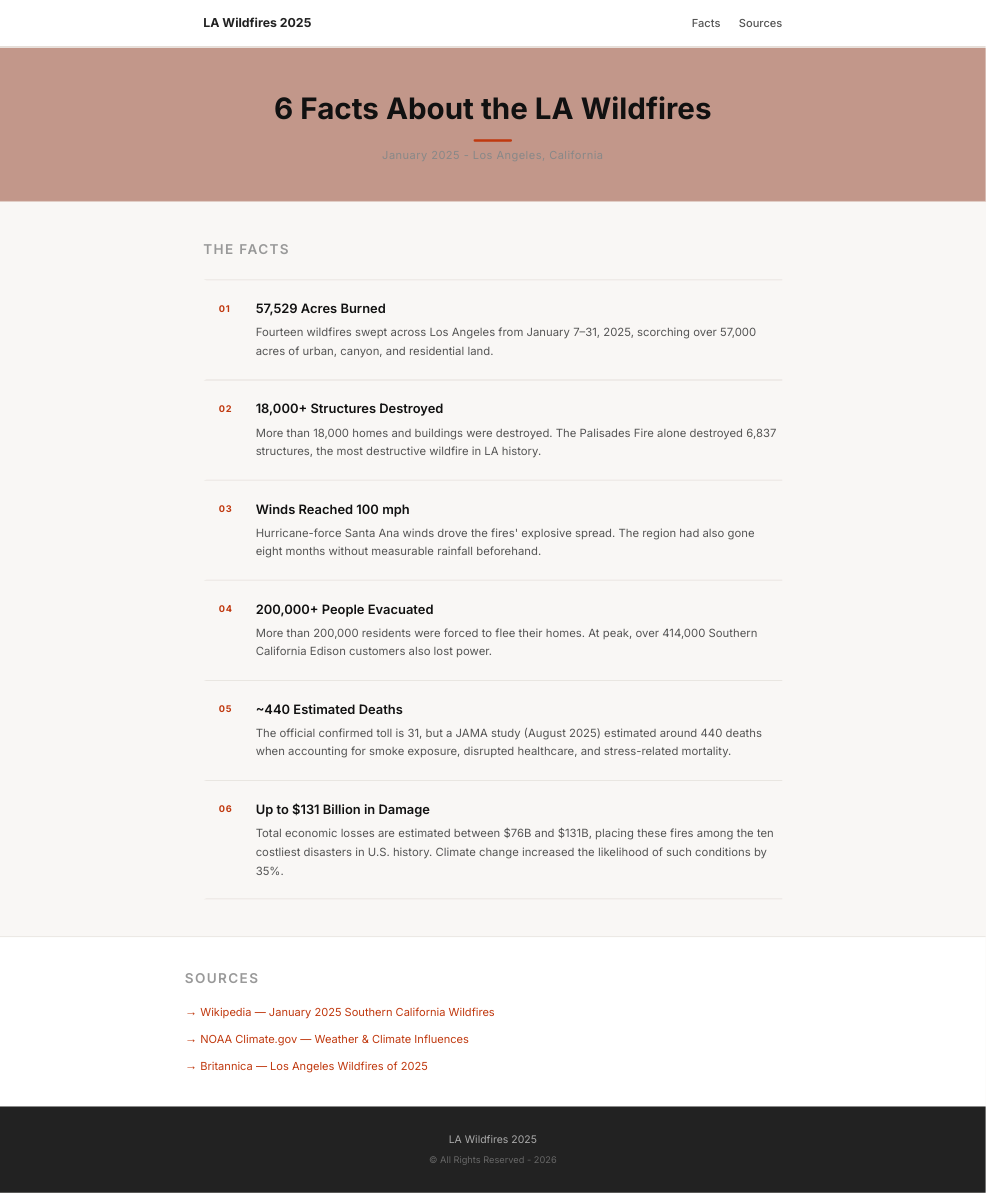
Repository: aarda5/la-wildfires-2025
Page: index.html
These files come from the project's save history. The page is drawn as it stood at one moment and after a run of saves; the edit follows.
The browser window is 1280 px wide. The pictures show the whole page, at 77% of full size.

Above is the page before, as saved 2026-03-25 23:43:00.

After the next 3 saves:
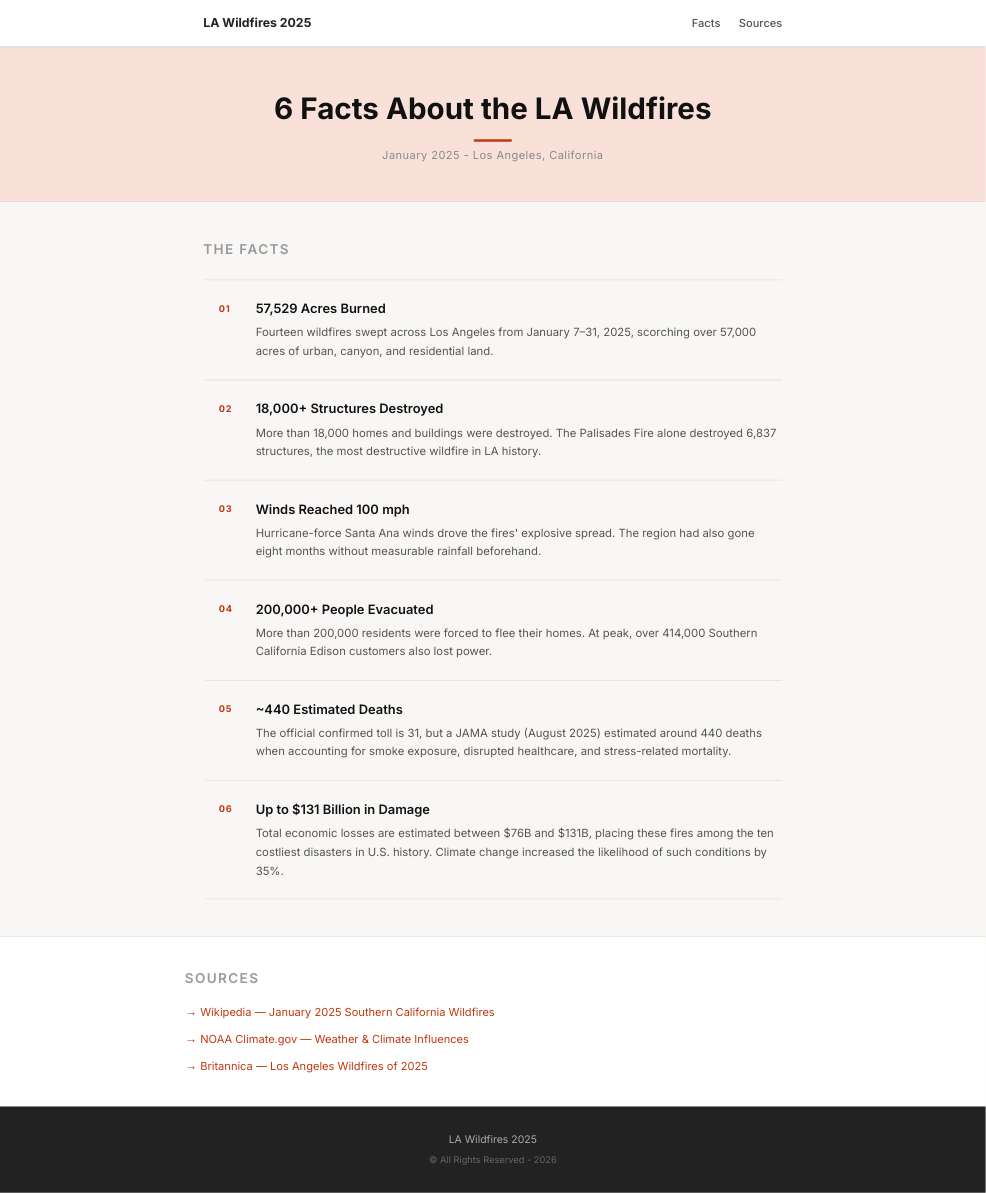
The 3 saves are shown as one change because they came seconds apart.
The last was saved 10 s later.
--- a/style.css
+++ b/style.css
@@ -142,7 +142,7 @@ button:focus-visible {
 
 
 .hero {
-  background-color: #c2978a;
+  background-color: #f9e1da;
   border-bottom: 1px solid #e8d8d0;
   padding: 3rem 1.5rem;
   text-align: center;
